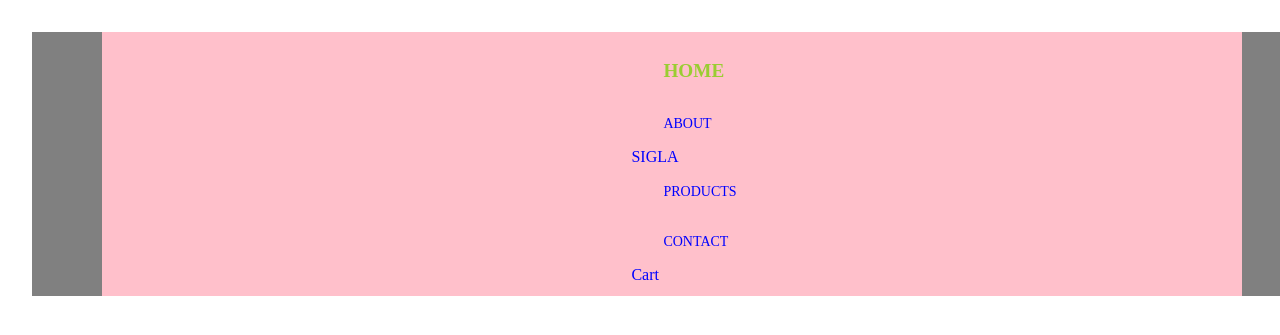
Repository: RalucaZota/cakeshop
Page: /
The author's editor kept a copy of each file at every save. The page is drawn from the files as they stood at one save, then again after the next save.
The browser window is 1280 px wide. The pictures show the whole page.
The project was rebuilt for these pictures with package versions that can differ from the ones it lists, and the page was loaded fresh each time. Also part of the build but not shown: vite.config.js, src/views/Products.vue, src/views/About.vue, src/views/Contact.vue.

Above is the page before, as saved 2023-06-02 18:55:39.

After the next save:
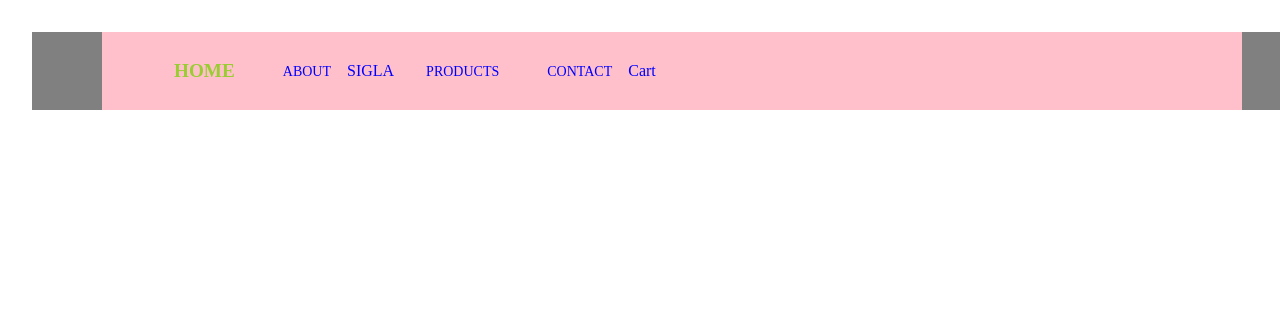
Saved 6 min 43 s later.
--- a/src/styles/Navbar.scss
+++ b/src/styles/Navbar.scss
@@ -66,6 +66,11 @@ header{
         // position: absolute;
         // right: 5%;
     }
+    .navigation {
+        display: flex;
+        align-items: center;
+        flex: 1;
+    }
     .icon{
         display: flex;
         align-items: center;
